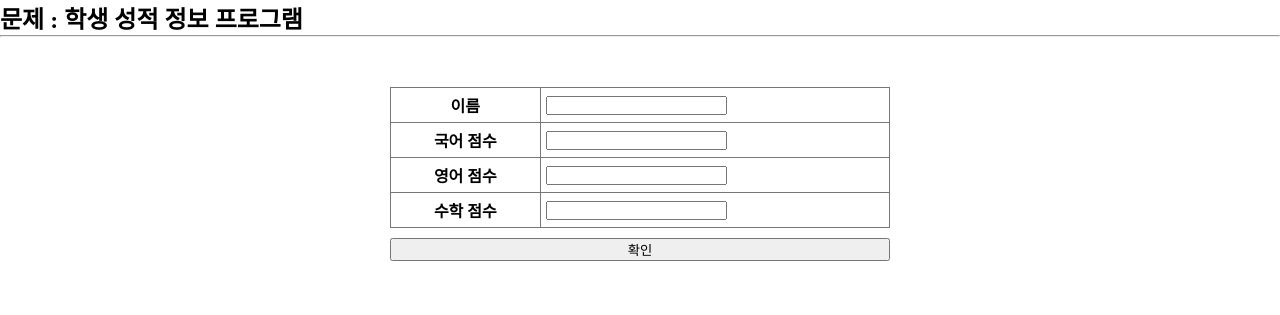
Repository: hyunh84/jsp_study
Page: http://localhost/Day02/j08_Quize01.jsp
These files come from the project's save history. The page is drawn as it stood at one moment and after the next save; the edit follows.
The browser window is 1280 px wide. The pictures show the whole page.
The page is served by Tomcat 9. Other server files are loaded and not shown.

Above is the page before, as saved 2015-09-06 04:02:55.

### MyWorks/Day02/WebContent/j08_Quize01.jsp
<%@ page language="java" contentType="text/html; charset=utf-8"
    pageEncoding="utf-8"%>
<!DOCTYPE html>
<html>
<head>
<meta charset="utf-8">
<title>Insert title here</title>

<style type="text/css">
	* {margin:0; padding:0;}
	table {border-collapse:collapse; }
	table th {padding:5px; border:1px solid #777;}
	table td {padding:5px; border:1px solid #777;}
</style>

</head>
<body>

	<h2>문제 : 학생 성적 정보 프로그램</h2>
	<hr>

	<%--

		1. 다음의 학색정보가 입력되도록 작성

			- 이름, 국어, 영어, 수학점수

		2. 02page로 전송

			- form, post, table 사용

		3. 02페이지 출력
			- 전송된 정보를 바탕으로 총점, 평균을 산출
			- 전체정보 (입력정보 + 총점 + 평균 ) 출력

	 --%>
	<form action="j08_Quize02.jsp" method="post">
		<div style="width:500px; margin:50px auto 0;">
			<table style="width:100%;">
				<colgroup>
					<col style="width:30%;" />
					<col style="width:70%;" />
				</colgroup>
				<tbody>
					<tr>
						<th>이름</th>
						<td><input type="text" name="name" /></td>
					</tr>
					<tr>
						<th>국어 점수</th>
						<td><input type="text" name="ko" /></td>
					</tr>
					<tr>
						<th>영어 점수</th>
						<td><input type="text" name="en" /></td>
					</tr>
					<tr>
						<th>수학 점수</th>
						<td><input type="text" name="math" /></td>
					</tr>
				</tbody>
			</table>
			<button type="submit" style="width:100%; margin:10px 0 0;">확인</button>
		</div>
	</form>




</body>
</html>

After the next save:
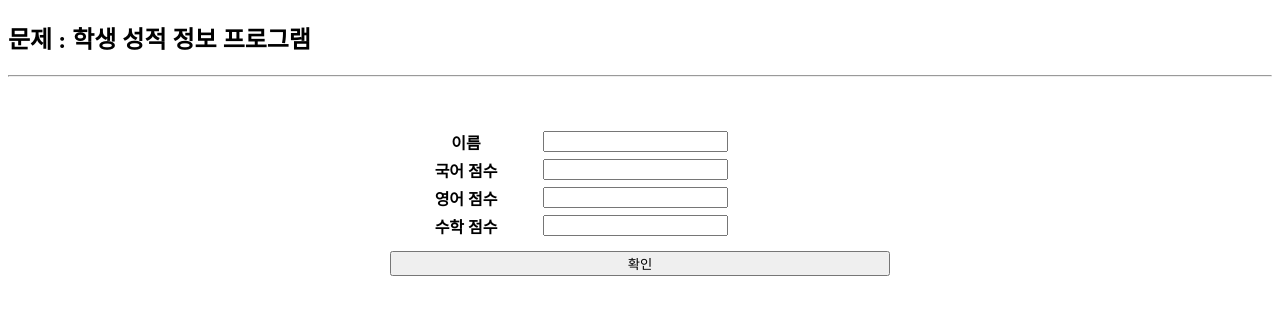
Saved 29 s later.
--- a/MyWorks/Day02/WebContent/j08_Quize01.jsp
+++ b/MyWorks/Day02/WebContent/j08_Quize01.jsp
@@ -6,12 +6,7 @@
 <meta charset="utf-8">
 <title>Insert title here</title>
 
-<style type="text/css">
-	* {margin:0; padding:0;}
-	table {border-collapse:collapse; }
-	table th {padding:5px; border:1px solid #777;}
-	table td {padding:5px; border:1px solid #777;}
-</style>
+
 
 </head>
 <body>

After the save that followed:
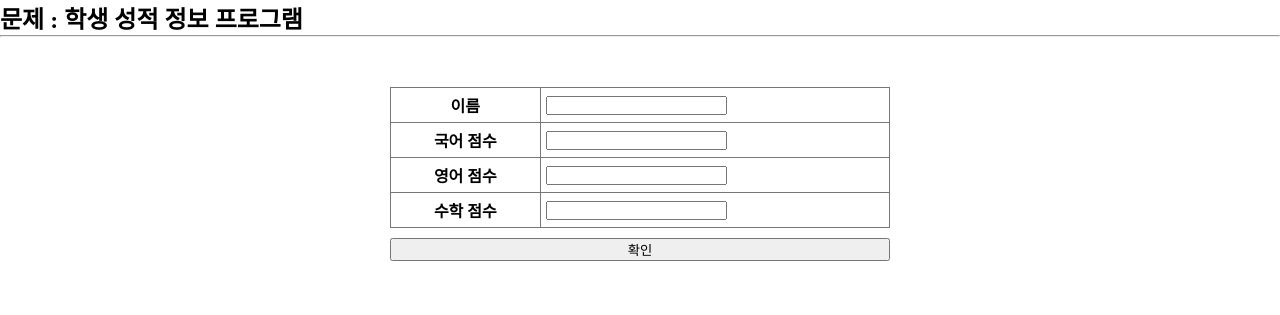
Saved 23 s later.
--- a/MyWorks/Day02/WebContent/j08_Quize01.jsp
+++ b/MyWorks/Day02/WebContent/j08_Quize01.jsp
@@ -6,7 +6,12 @@
 <meta charset="utf-8">
 <title>Insert title here</title>
 
-
+<style type="text/css">
+	* {margin:0; padding:0;}
+	table {border-collapse:collapse; }
+	table th {padding:5px; border:1px solid #777;}
+	table td {padding:5px; border:1px solid #777;}
+</style>
 
 </head>
 <body>
